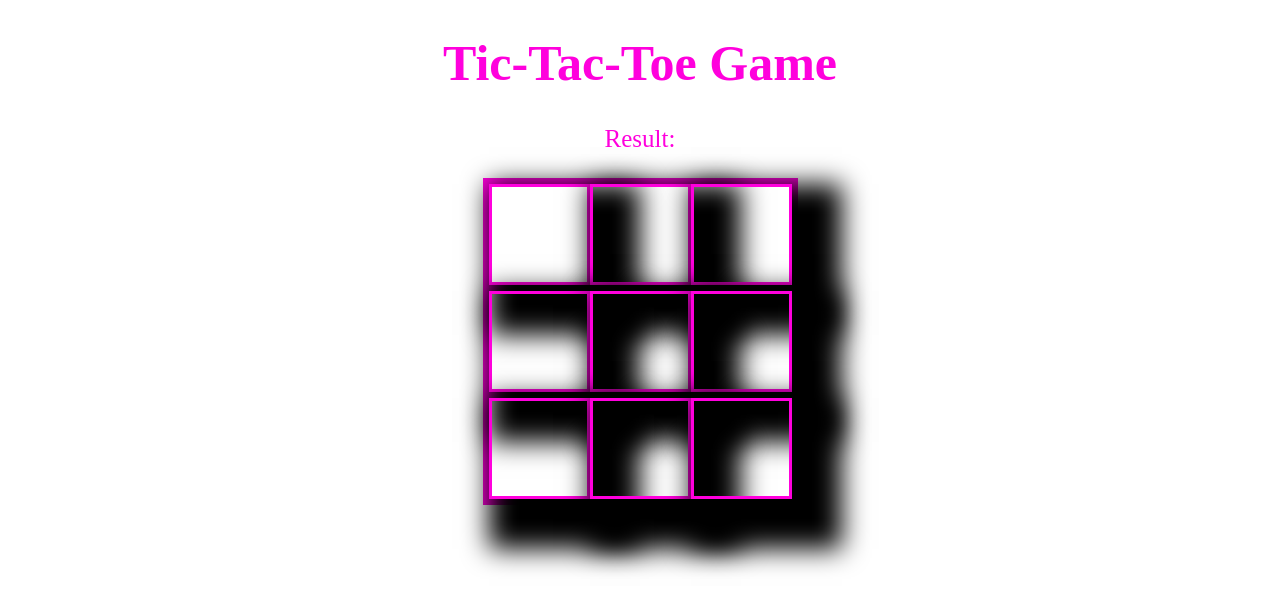
Repository: 0101chaitanya/Tic-Tac-Toe
Page: index.html
An editor plug-in stored every save of this project. The page is shown before and after the next save, followed by the edit.
The browser window is 1280 px wide. The pictures show the whole page.

Above is the page before, as saved 2021-06-09 18:03:17.

After the next save:
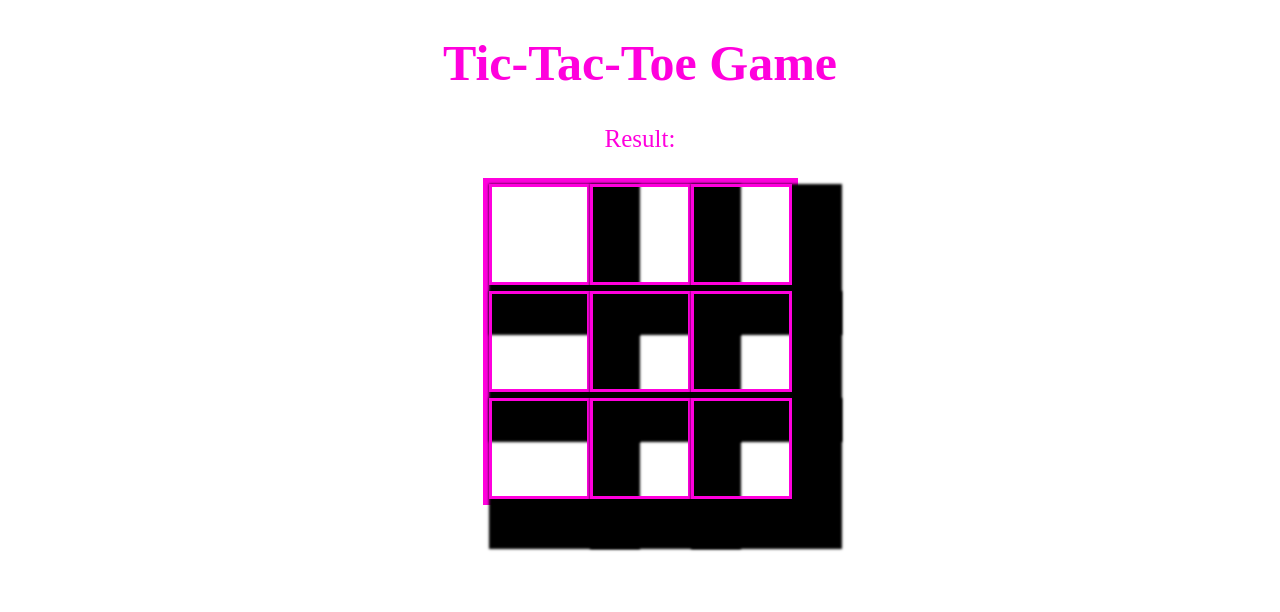
Saved 45 s later.
--- a/styles.css
+++ b/styles.css
@@ -44,5 +44,5 @@
     border-style: solid;
     width:3.8rem;
     height:3.8rem;
-box-shadow: 1rem 1rem 1rem 1rem black;
+box-shadow: 1rem 1rem 0.1rem 1rem black;
 }
